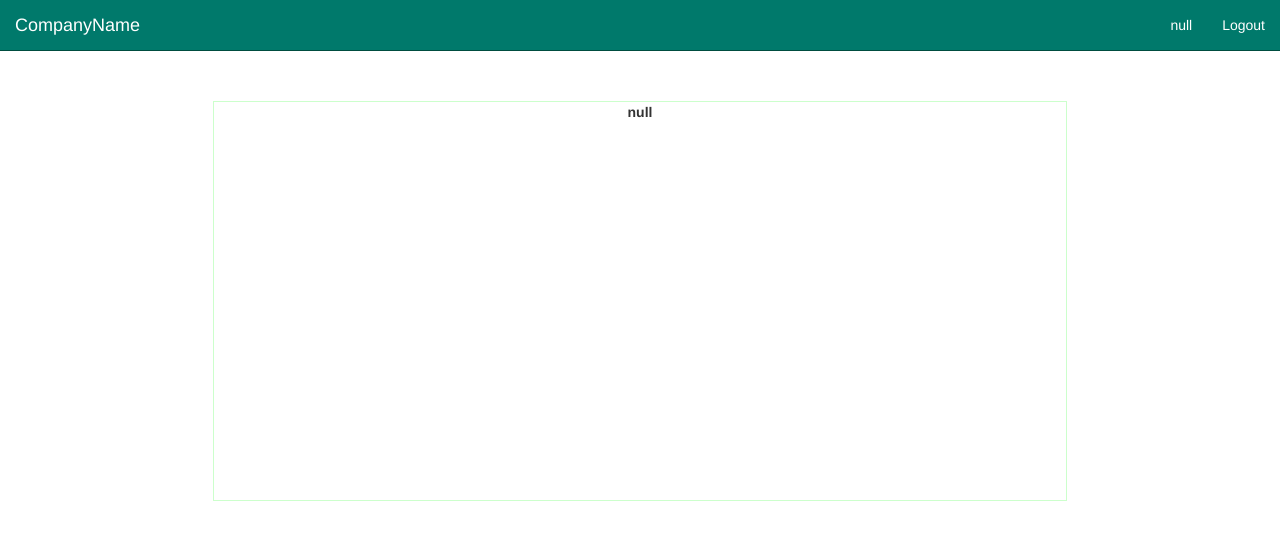
Repository: jayakumar721/projects
Page: http://localhost/TestEngine/result.jsp
The author's editor kept a copy of each file at every save. The page is drawn from the files as they stood at one save, then again after the next save.
The browser window is 1280 px wide. The pictures show the whole page.
Some web libraries are served in a nearby version. The page is served by Tomcat 9. Other server files are loaded and not shown.

Above is the page before, as saved 2017-11-28 11:42:27.

### TestEngine/WebContent/result.jsp
<%@ page language="java" contentType="text/html; charset=UTF-8"
	pageEncoding="UTF-8"%>
<!DOCTYPE html PUBLIC "-//W3C//DTD HTML 4.01 Transitional//EN" "http://www.w3.org/TR/html4/loose.dtd">
<html>
<head>
<meta http-equiv="Content-Type" content="text/html; charset=UTF-8">
<title>Insert title here</title>
<style type="text/css">
.result{
text-align:center;
margin-top:30px;
height:400px;
width:300px;
border:1px solid #ccffcc;
}

</style>

</head>
<body>
	<%@ include file="header.jsp"%>
	<div class="col-sm-2"></div>
	<div class="result col-sm-8">
		<label><%=session.getAttribute("marks") %></label>

	</div>
</body>
</html>

### TestEngine/WebContent/header.jsp
<%@ page language="java" contentType="text/html; charset=UTF-8"
	pageEncoding="UTF-8"%>
<!DOCTYPE html PUBLIC "-//W3C//DTD HTML 4.01 Transitional//EN" "http://www.w3.org/TR/html4/loose.dtd">
<html>
<head>
<meta charset="UTF-8">
<title>Insert title here</title>

<link rel="stylesheet"
	href="https://maxcdn.bootstrapcdn.com/bootstrap/3.3.7/css/bootstrap.min.css">

<!-- jQuery library -->
<script
	src="https://ajax.googleapis.com/ajax/libs/jquery/3.2.1/jquery.min.js"></script>
<script src="vendor/jquery-validation/dist/jquery.validate.min.js"></script>

<!-- Latest compiled JavaScript -->
<script
	src="https://maxcdn.bootstrapcdn.com/bootstrap/3.3.7/js/bootstrap.min.js"></script>
<style type="text/css">
.navbar-inverse {
	background: #00796B;
	border-bottom-color: #004D40;
}

.navbar-inverse .navbar-nav>li>a, .navbar-inverse .navbar-brand,
	.navbar-inverse .navbar-nav>.dropdown>a .caret {
	color: #fff;
}

.navbar-inverse .navbar-nav>.open>a, .navbar-inverse .navbar-nav>.open>a:hover,
	.navbar-inverse .navbar-nav>.open>a:focus, .navbar-nav>li>.dropdown-menu
	{
	background: #4DB6AC;
}

.nav-pills
>
li
>
a
,
{
color
:

#303F9F
;


}
.nav>li>a:hover, .nav>li>a:focus {
	background-color: #EEEEEE;
}
</style>

</head>
<body>
	<div id="top-nav" class="navbar navbar-inverse navbar-static-top">
		<div class="container-fluid">
			<div class="navbar-header">
				<button type="button" class="navbar-toggle" data-toggle="collapse"
					data-target=".navbar-collapse">
					<span class="icon-bar"></span> <span class="icon-bar"></span> <span
						class="icon-bar"></span>
				</button>
				<a class="navbar-brand" href="dashboard.jsp">CompanyName</a>
			</div>
			<div class="navbar-collapse collapse">
				<ul class="nav navbar-nav navbar-right">
					<li><i class="fa fa-user-circle"></i><a><%=session.getAttribute("name")%></a>

					</li>

					<li><a href="Login.html"><i class="fa fa-sign-out"></i>
							Logout</a></li>
				</ul>
			</div>
		</div>
		<!-- /container -->
	</div>

</body>
</html>

After the next save:
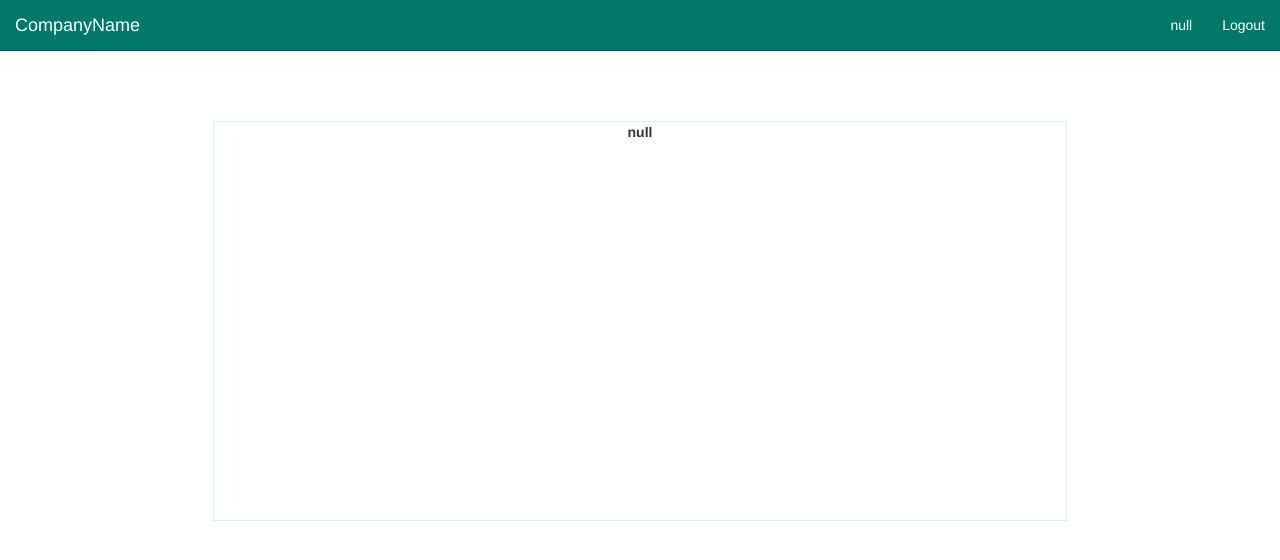
Saved 10 s later.
--- a/TestEngine/WebContent/result.jsp
+++ b/TestEngine/WebContent/result.jsp
@@ -8,7 +8,7 @@
 <style type="text/css">
 .result{
 text-align:center;
-margin-top:30px;
+margin-top:50px;
 height:400px;
 width:300px;
 border:1px solid #ccffcc;
